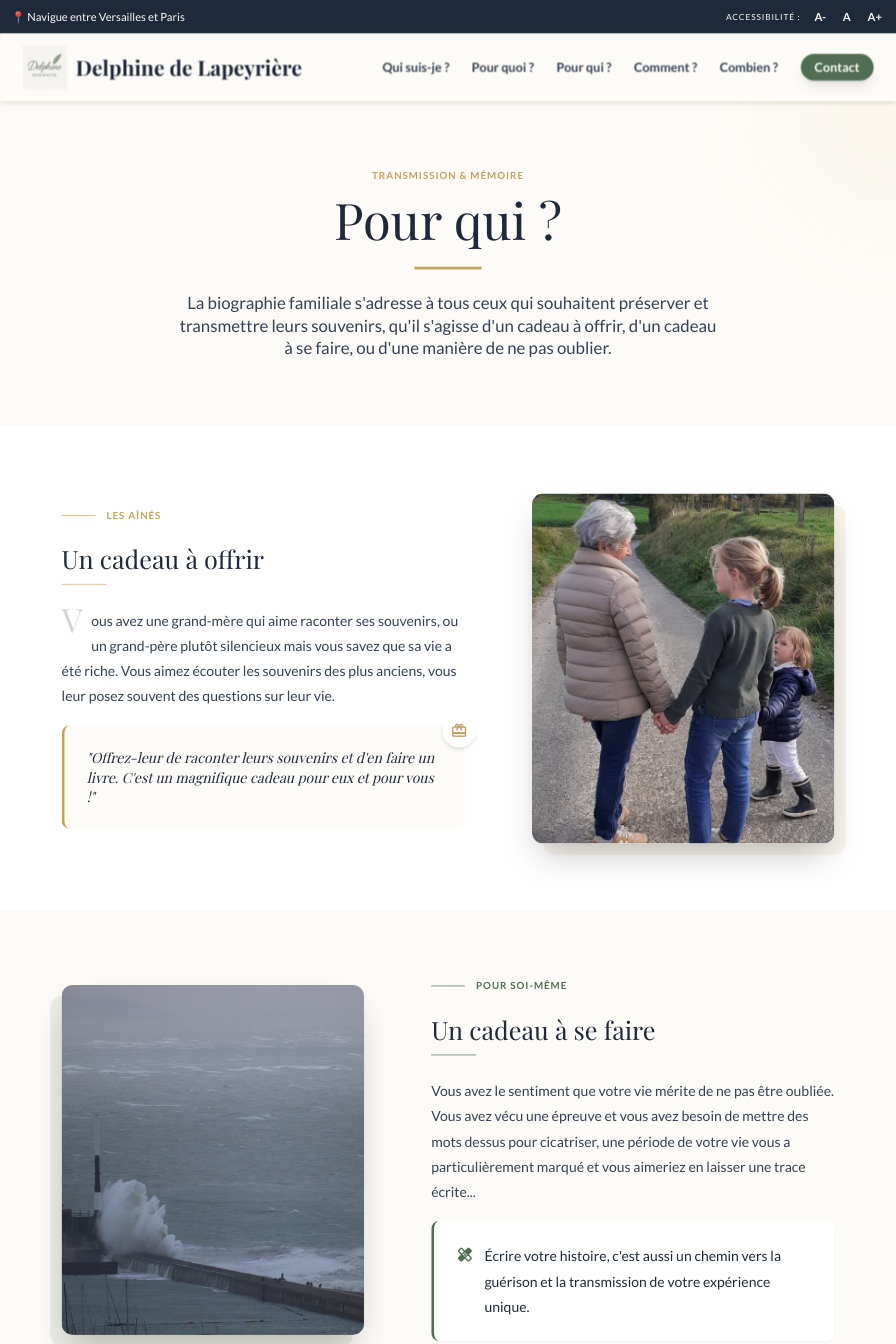
Repository: louisbdc/delphine-biographe
Page: /pour-qui
The author's editor kept a copy of each file at every save. The page is drawn from the files as they stood at one save, then again after the next save.
The browser window is 1280 px wide. The pictures show the part of the page from y = 0 to 1920 px (the page is 3743 px tall before and 3971 px after), at 70% of full size.
Some web fonts or font styles are not loaded; a fallback is used. The project was rebuilt for these pictures with package versions that can differ from the ones it lists, and the page was loaded fresh each time. The framework's server and built-in components were replaced by stand-ins that run in the browser. Also part of the build but not shown: next.config.js.

Above is the page before, as saved 2026-01-07 16:59:13.

After the next save:
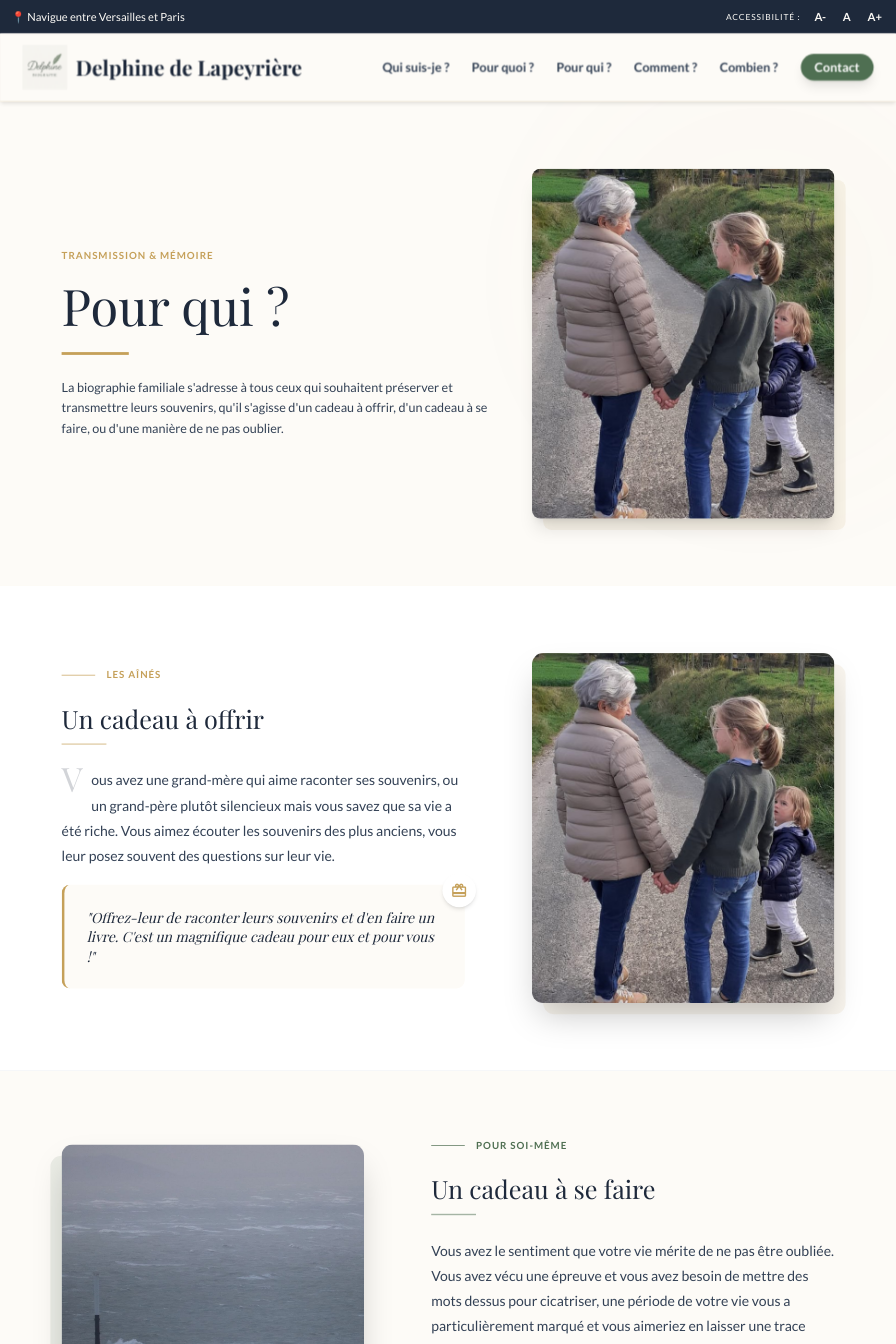
Saved 15 s later.
--- a/app/pour-qui/page.tsx
+++ b/app/pour-qui/page.tsx
@@ -6,24 +6,44 @@ export default function PourQui() {
     <>
       <Navigation />
 
-      {/* Hero Section : Sobre et Élégante */}
+      {/* Hero Section : Portrait Élégant */}
       <section className="relative py-24 bg-[#FDFBF7] overflow-hidden">
-        {/* Élément décoratif de fond */}
-        <div className="absolute top-0 right-0 w-96 h-96 bg-gold/5 rounded-full blur-3xl translate-x-1/2 -translate-y-1/2"></div>
-
-        <div className="container mx-auto px-6 max-w-5xl relative z-10 text-center">
-          <span className="text-gold font-bold tracking-widest uppercase text-sm mb-4 block">
-            Transmission & Mémoire
-          </span>
-          <h1 className="text-5xl md:text-7xl font-serif text-navy mb-8 leading-tight">
-            Pour qui ?
-          </h1>
-          {/* Séparateur signature */}
-          <div className="w-24 h-1 bg-gold mx-auto mb-8"></div>
-          <p className="text-xl md:text-2xl text-navy-light max-w-3xl mx-auto leading-relaxed font-light">
-            La biographie familiale s'adresse à tous ceux qui souhaitent préserver et transmettre leurs souvenirs,
-            qu'il s'agisse d'un cadeau à offrir, d'un cadeau à se faire, ou d'une manière de ne pas oublier.
-          </p>
+         {/* Décoration d'arrière-plan */}
+         <div className="absolute top-0 right-0 w-full h-full opacity-10 pointer-events-none">
+            <div className="absolute right-[-10%] top-[-10%] w-[50vw] h-[50vw] bg-gold/20 rounded-full blur-[100px]"></div>
+         </div>
+
+        <div className="container mx-auto px-6 max-w-6xl relative z-10">
+          <div className="grid md:grid-cols-12 gap-12 items-center">
+            {/* Colonne Texte (7 cols) */}
+            <div className="md:col-span-7 order-2 md:order-1">
+               <span className="text-gold font-bold tracking-widest uppercase text-sm mb-6 block fade-in">
+                Transmission & Mémoire
+              </span>
+              <h1 className="text-5xl md:text-7xl font-serif text-navy mb-8 leading-tight fade-in">
+                Pour qui ?
+              </h1>
+              <div className="w-24 h-1 bg-gold mb-8"></div>
+              <p className="text-lg text-navy-light leading-relaxed max-w-2xl">
+                La biographie familiale s'adresse à tous ceux qui souhaitent préserver et transmettre leurs souvenirs,
+                qu'il s'agisse d'un cadeau à offrir, d'un cadeau à se faire, ou d'une manière de ne pas oublier.
+              </p>
+            </div>
+
+            {/* Colonne Image (5 cols) - Style Album photo unifié */}
+            <div className="md:col-span-5 order-1 md:order-2 relative">
+              <div className="absolute inset-0 bg-gold/10 transform translate-x-4 translate-y-4 rounded-xl z-0"></div>
+              <div className="relative z-10 h-[500px] w-full rounded-xl overflow-hidden shadow-xl">
+                <Image
+                  src="/present_to_offer.jpg"
+                  alt="Pour qui"
+                  fill
+                  className="object-cover"
+                  priority
+                />
+              </div>
+            </div>
+          </div>
         </div>
       </section>
 
